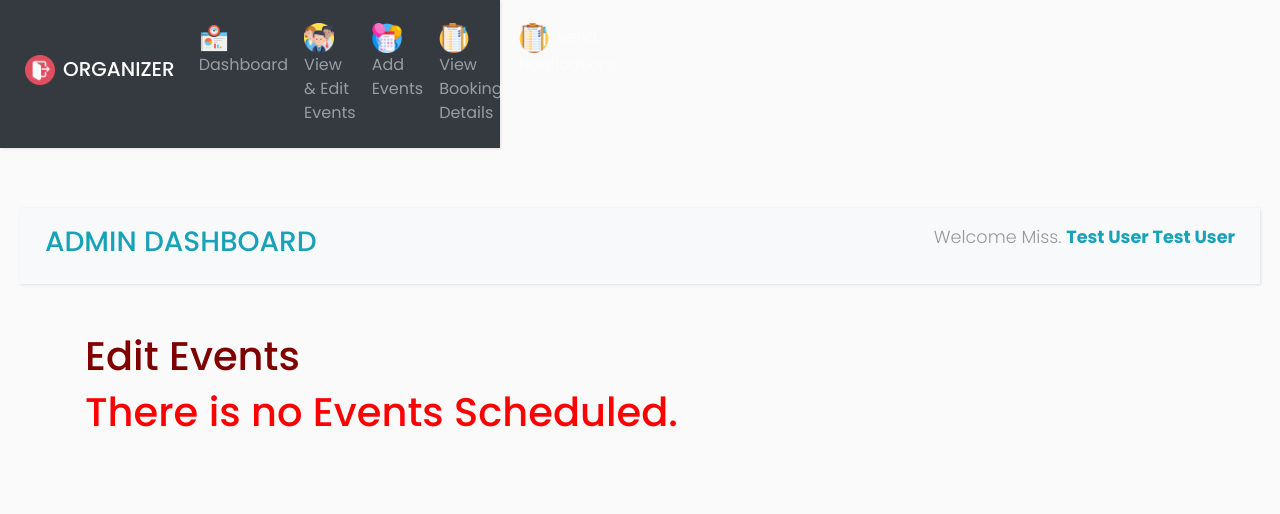
Repository: kalaprabhakar/Event_Management
Page: http://localhost/Event_Management_System/WEB-INF/pages/edit_event.jsp
An editor plug-in stored every save of this project. The page is shown before and after the next save, followed by the edit.
The browser window is 1280 px wide. The pictures show the whole page.
An inner scrolling area shows only its first screen. Some web libraries are served in a nearby version. The page is served by Tomcat 10. The session is filled in as if someone had signed in: {"Admin_firstname": "Test User", "Admin_lastname": "Test User", "Admin_email": "test@example.com", "Admin_phone": 1, "Admin_address": 1, "Admin_gender": 1, "Admin_id": 1, "Admin_role": "admin", "User_firstname": "Test User", "User_lastname": "Test User", "User_email": "test@example.com", "User_phone": 1, "User_address": 1, "User_gender": 1, "User_id": 1, "User_role": "admin"}. Other server files are loaded and not shown. The template is opened directly, without the code that normally fills it, so the values that code supplies are empty.

Above is the page before, as saved 2024-05-10 11:34:47.

### Hyscaler/Event_Management_System/src/main/webapp/WEB-INF/pages/edit_event.jsp
<%@ taglib uri="http://java.sun.com/jsp/jstl/core" prefix="c"%>
<%
if (session.getAttribute("Admin_email") == null) {
	response.sendRedirect("/login");
} else {
%>
<jsp:include page="includes/header.jsp" />

<jsp:include page="includes/organizerNav.jsp" />

<style>
.card:hover {
	transform: scale(1.05);
	box-shadow: 0 10px 20px rgba(0, 0, 0, .12), 0 4px 8px rgba(0, 0, 0, .06);
	transition: 0.3s ease-in-out;
	cursor: pointer;
}
</style>



<!-- Page Content  -->
<div id="content">

	<nav class="navbar navbar-expand-lg navbar-light bg-light">
		<div class="container-fluid">

			<div>
				<h3 class="text-info">ADMIN DASHBOARD</h3>
			</div>
			<div>
				<p>
					Welcome
					<%
				if (session.getAttribute("Admin_gender").equals("male")) {
				%>
					Mr.
					<%
				} else {
				%>
					Miss.
					<%
				}
				%>
					<span class="font-weight-bold text-info">${Admin_firstname}
						${Admin_lastname}</span>
				</p>
			</div>
		</div>
	</nav>

	<section class="container ">
		<div class="container">
			<div class="row align-items-center my-5">
			<h1 style="text-align: center;  ; color: maroon;">Edit Events</h1>
				<!-- For Demo Purpose -->
				<div class="col-md-12 col-lg-6 col-sm-12 mb-5">
					<!-- <img src="assets/picture/icons/thumbs-up.png" alt="" class="img-fluid mb-3 d-none d-md-block"> -->


					<c:if test="${not empty Msg }">
						<div
							style="height: 100px; width: 200px; display: flex; align-items: center;">
							<h3 style="color: green; text-align: center;">${Msg }</h3>
						</div>
						<c:remove var="Msg" scope="session" />

					</c:if>
				</div>



				<c:choose>

					<c:when test="${!empty eventDtls }">
						<table class="table table-striped">
							<thead>
								<tr>
									<th scope="col">Name</th>
									<th scope="col">Description</th>
									<th scope="col">Date</th>
									<th scope="col">Time</th>
									<th scope="col">Location</th>
									<th scope="col">Price</th>
									<th scope="col">Edit</th>
									<th scope="col">Delete</th>
								</tr>
							</thead>
							<c:forEach var="eve" items="${eventDtls }">
								<tbody>
									<tr>

										<td>${eve.eventName }</td>
										<td>${eve.eventDesc }</td>
										<td>${eve.eventDate }</td>
										<td>${eve.eventTime }</td>
										<td>${eve.eventVenue }</td>
										<td>${eve.ticketPrice }</td>
										<td><a href="edit?id=${eve.id }"><button class="btn btn-primary"><i class="fa-solid fa-user-pen"></i></button></a></td>
										<td><a
											onclick="return confirm('You Want To Delete Event !')"
											href="delete?id=${eve.id }"><button class="btn btn-danger"><i class="fa-solid fa-trash"></i></button></a></td>
									</tr>
								</tbody>

							</c:forEach>

						</table>

					</c:when>


					<c:otherwise>

						<h1 style="color: red; text-align: center">There is no Events
							Scheduled.</h1>

					</c:otherwise>



				</c:choose>

				<!-- Table Content -->





			</div>
		</div>



	</section>





	<%
	}
	%>

### Hyscaler/Event_Management_System/src/main/webapp/WEB-INF/pages/includes/header.jsp

<%@ page language="java" contentType="text/html; charset=ISO-8859-1"
	pageEncoding="ISO-8859-1"%>
<%@ taglib prefix="c" uri="http://java.sun.com/jsp/jstl/core"%>
<!DOCTYPE html>
<html>
<head>
<meta charset="ISO-8859-1">
<title>Event Management System</title>
<!--  Bootstrap CSS -->
<link rel="stylesheet"
	href="https://cdn.jsdelivr.net/npm/bootstrap@4.6.1/dist/css/bootstrap.min.css"
	integrity="sha384-zCbKRCUGaJDkqS1kPbPd7TveP5iyJE0EjAuZQTgFLD2ylzuqKfdKlfG/eSrtxUkn"
	crossorigin="anonymous">

<!-- FontAwesome -->
<link rel="stylesheet"
	href="https://pro.fontawesome.com/releases/v5.10.0/css/all.css" />
<link rel="stylesheet"
	href="https://cdnjs.cloudflare.com/ajax/libs/font-awesome/6.5.2/css/all.min.css"
	integrity="sha512-SnH5WK+bZxgPHs44uWIX+LLJAJ9/2PkPKZ5QiAj6Ta86w+fsb2TkcmfRyVX3pBnMFcV7oQPJkl9QevSCWr3W6A=="
	crossorigin="anonymous" referrerpolicy="no-referrer" />

<!-- Google Fonts -->
<link rel="preconnect" href="https://fonts.googleapis.com">
<link rel="preconnect" href="https://fonts.gstatic.com" crossorigin>
<link
	href="https://fonts.googleapis.com/css2?family=Poppins&display=swap"
	rel="stylesheet">

<!-- stylesheet -->




<script
	src="https://cdn.jsdelivr.net/npm/jquery@3.5.1/dist/jquery.slim.min.js"
	integrity="sha384-DfXdz2htPH0lsSSs5nCTpuj/zy4C+OGpamoFVy38MVBnE+IbbVYUew+OrCXaRkfj"
	crossorigin="anonymous"></script>
<script
	src="https://cdn.jsdelivr.net/npm/bootstrap@4.6.1/dist/js/bootstrap.bundle.min.js"
	integrity="sha384-fQybjgWLrvvRgtW6bFlB7jaZrFsaBXjsOMm/tB9LTS58ONXgqbR9W8oWht/amnpF"
	crossorigin="anonymous"></script>

<link rel="stylesheet" href="../../assets/css/home.css" />
<link rel="stylesheet" href="../../assets/css/admin.css" />
<link rel="stylesheet" href="../../assets/css/card.css" />

</head>
<body>

### Hyscaler/Event_Management_System/src/main/webapp/WEB-INF/pages/includes/organizerNav.jsp
        <nav id="sidebar" class="navbar navbar-expand-lg navbar-dark bg-dark">
  <div  class="container-fluid">
   <h3><a class="navbar-brand" href="#"><img src="images/logout.png" class="mr-2" width="30" height="30">ORGANIZER</a></h3>
    <button class="navbar-toggler" type="button" data-bs-toggle="collapse" data-bs-target="#navbarNavAltMarkup" aria-controls="navbarNavAltMarkup" aria-expanded="false" aria-label="Toggle navigation">
      <span class="navbar-toggler-icon"></span>
    </button>
    <div class="collapse navbar-collapse" id="navbarTogglerDemo02">
      <div class="navbar-nav">
        <a class="nav-link " aria-current="page" href="organizer_home"><img src="images/dashboard.png" class="mr-2" width="30" height="30" >Dashboard</a>
        <a class="nav-link" href="editevent"><img src="images/userlist.png" class="mr-2" width="30" height="30">View & Edit Events</a>
        <a class="nav-link" href="addevent"><img src="images/event.png" class="mr-2" width="30" height="30" >Add Events</a>
        <a class="nav-link" href="#"><img src="images/bookingdetails.png" class="mr-2" width="30" height="30" >View Booking Details</a>
        <a class="nav-link" href="#"><img src="images/bookingdetails.png" class="mr-2" width="30" height="30" >Send Notifications</a>


      </div>
    </div>
  </div>
</nav>

### Hyscaler/Event_Management_System/src/main/webapp/all_css/home.css
html,body{
    width:100%;
    height:100%;
    padding:0%;
    margin:0%;
    scroll-behavior: smooth;
    font-family: 'Poppins', sans-serif;
    overflow-x:hidden;
}



/* ===== FOOTER =====*/
.footer{
background-color: #0E2431;
color: #fff;
text-align: center;
font-weight: 600;
padding: 2rem 0;
margin-right:-25px;
}
.footer_title{
font-size: 2rem;
margin-bottom: 2rem;
}
.footer_social{
margin-bottom: 2rem;
}
.footer_icon{
font-size: 1.5rem;
color: #fff;
margin: 0 1rem;
}
.footer_icon:hover{
  color:#048dfe;
}

### Hyscaler/Event_Management_System/src/main/webapp/all_css/admin.css
/*
    DEMO STYLE
*/

@import "https://fonts.googleapis.com/css?family=Poppins:300,400,500,600,700";
body {
    font-family: 'Poppins', sans-serif;
    background: #fafafa;
}

p {
    font-family: 'Poppins', sans-serif;
    font-size: 1.1em;
    font-weight: 300;
    line-height: 1.7em;
    color: #999;
}

a,
a:hover,
a:focus {
    color: inherit;
    text-decoration: none;
    transition: all 0.3s;
}

.navbar {
    padding: 15px 10px;
    background: #fff;
    border: none;
    border-radius: 0;
    margin-bottom: 40px;
    box-shadow: 1px 1px 3px rgba(0, 0, 0, 0.1);
}

.navbar-btn {
    box-shadow: none;
    outline: none !important;
    border: none;
}

.line {
    width: 100%;
    height: 1px;
    border-bottom: 1px dashed #ddd;
    margin: 40px 0;
}

/* ---------------------------------------------------
    SIDEBAR STYLE
----------------------------------------------------- */

.wrapper {
    display: flex;
    width: 100%;
    align-items: stretch;
}

#sidebar {
    min-width: 500px;
    max-width: 500px;
    /*background: #7386D5;*/
    color: #fff;
    transition: all 0.3s;
}

#sidebar.active {
    margin-left: -250px;
}

#sidebar .sidebar-header {
    padding: 20px;
    background: #5bc0de;
}

#sidebar ul.components {
    padding: 20px 0;
    border-bottom: 1px solid #5bc0de;
}

#sidebar ul p {
    color: #fff;
    padding: 10px;
}

#sidebar ul li a {
    padding: 10px;
    font-size: 1.1em;
    display: block;
}

#sidebar ul li a:hover {
    color: #5bc0de;
    background: #fff;
}

#sidebar ul li.active>a,
a[aria-expanded="true"] {
    color: #fff;
    background: #5bc0de;
}

a[data-toggle="collapse"] {
    position: relative;
}

.dropdown-toggle::after {
    display: block;
    position: absolute;
    top: 50%;
    right: 20px;
    transform: translateY(-50%);
}

ul ul a {
    font-size: 0.9em !important;
    padding-left: 30px !important;
    background: #5bc0de;
}

ul.CTAs {
    padding: 20px;
}

ul.CTAs a {
    text-align: center;
    font-size: 0.9em !important;
    display: block;
    border-radius: 5px;
    margin-bottom: 5px;
}

a.download {
    background: #fff;
    color: #5bc0de;
}

a.article,
a.article:hover {
    background: #5bc0de !important;
    color: #fff !important;
}

/* ---------------------------------------------------
    CONTENT STYLE
----------------------------------------------------- */

#content {
    width: 100%;
    padding: 20px;
    min-height: 100vh;
    transition: all 0.3s;
}

/* ---------------------------------------------------
    MEDIAQUERIES
----------------------------------------------------- */

@media (max-width: 768px) {
    #sidebar {
        margin-left: -250px;
    }
    #sidebar.active {
        margin-left: 0;
    }
    #sidebarCollapse span {
        display: none;
    }
}

### Hyscaler/Event_Management_System/src/main/webapp/all_css/card.css

.card-margin {
    margin-bottom: 1.875rem;
}

.card {
    border: 0;
    box-shadow: 0px 0px 10px 0px rgba(82, 63, 105, 0.1);
    -webkit-box-shadow: 0px 0px 10px 0px rgba(82, 63, 105, 0.1);
    -moz-box-shadow: 0px 0px 10px 0px rgba(82, 63, 105, 0.1);
    -ms-box-shadow: 0px 0px 10px 0px rgba(82, 63, 105, 0.1);
}
.card {
    position: relative;
    display: flex;
    flex-direction: column;
    min-width: 0;
    word-wrap: break-word;
    background-color: #ffffff;
    background-clip: border-box;
    border: 1px solid #e6e4e9;
    border-radius: 1rem;
}


.card .card-header.no-border {
    border: 0;
}
.card .card-header {
    background: none;
    padding: 0 0.9375rem;
    font-weight: 500;
    display: flex;
    align-items: center;
    min-height: 50px;
}
.card-header:first-child {
    border-radius: calc(8px - 1px) calc(8px - 1px) 0 0;
}

.widget-49 .widget-49-title-wrapper {
  display: flex;
  align-items: center;
}

.widget-49 .widget-49-title-wrapper .widget-49-date-primary {
  display: flex;
  align-items: center;
  justify-content: center;
  flex-direction: column;
  background-color: #edf1fc;
  width: 4rem;
  height: 4rem;
  border-radius: 50%;
}

.widget-49 .widget-49-title-wrapper .widget-49-date-primary .widget-49-date-day {
  color: #4e73e5;
  font-weight: 500;
  font-size: 1.5rem;
  line-height: 1;
}

.widget-49 .widget-49-title-wrapper .widget-49-date-primary .widget-49-date-month {
  color: #4e73e5;
  line-height: 1;
  font-size: 1rem;
  text-transform: uppercase;
}

.widget-49 .widget-49-title-wrapper .widget-49-date-secondary {
  display: flex;
  align-items: center;
  justify-content: center;
  flex-direction: column;
  background-color: #fcfcfd;
  width: 4rem;
  height: 4rem;
  border-radius: 50%;
}

.widget-49 .widget-49-title-wrapper .widget-49-date-secondary .widget-49-date-day {
  color: #dde1e9;
  font-weight: 500;
  font-size: 1.5rem;
  line-height: 1;
}

.widget-49 .widget-49-title-wrapper .widget-49-date-secondary .widget-49-date-month {
  color: #dde1e9;
  line-height: 1;
  font-size: 1rem;
  text-transform: uppercase;
}

.widget-49 .widget-49-title-wrapper .widget-49-date-success {
  display: flex;
  align-items: center;
  justify-content: center;
  flex-direction: column;
  background-color: #e8faf8;
  width: 4rem;
  height: 4rem;
  border-radius: 50%;
}

.widget-49 .widget-49-title-wrapper .widget-49-date-success .widget-49-date-day {
  color: #17d1bd;
  font-weight: 500;
  font-size: 1.5rem;
  line-height: 1;
}

.widget-49 .widget-49-title-wrapper .widget-49-date-success .widget-49-date-month {
  color: #17d1bd;
  line-height: 1;
  font-size: 1rem;
  text-transform: uppercase;
}

.widget-49 .widget-49-title-wrapper .widget-49-date-info {
  display: flex;
  align-items: center;
  justify-content: center;
  flex-direction: column;
  background-color: #ebf7ff;
  width: 4rem;
  height: 4rem;
  border-radius: 50%;
}

.widget-49 .widget-49-title-wrapper .widget-49-date-info .widget-49-date-day {
  color: #36afff;
  font-weight: 500;
  font-size: 1.5rem;
  line-height: 1;
}

.widget-49 .widget-49-title-wrapper .widget-49-date-info .widget-49-date-month {
  color: #36afff;
  line-height: 1;
  font-size: 1rem;
  text-transform: uppercase;
}

.widget-49 .widget-49-title-wrapper .widget-49-date-warning {
  display: flex;
  align-items: center;
  justify-content: center;
  flex-direction: column;
  background-color: floralwhite;
  width: 4rem;
  height: 4rem;
  border-radius: 50%;
}

.widget-49 .widget-49-title-wrapper .widget-49-date-warning .widget-49-date-day {
  color: #FFC868;
  font-weight: 500;
  font-size: 1.5rem;
  line-height: 1;
}

.widget-49 .widget-49-title-wrapper .widget-49-date-warning .widget-49-date-month {
  color: #FFC868;
  line-height: 1;
  font-size: 1rem;
  text-transform: uppercase;
}

.widget-49 .widget-49-title-wrapper .widget-49-date-danger {
  display: flex;
  align-items: center;
  justify-content: center;
  flex-direction: column;
  background-color: #feeeef;
  width: 4rem;
  height: 4rem;
  border-radius: 50%;
}

.widget-49 .widget-49-title-wrapper .widget-49-date-danger .widget-49-date-day {
  color: #F95062;
  font-weight: 500;
  font-size: 1.5rem;
  line-height: 1;
}

.widget-49 .widget-49-title-wrapper .widget-49-date-danger .widget-49-date-month {
  color: #F95062;
  line-height: 1;
  font-size: 1rem;
  text-transform: uppercase;
}

.widget-49 .widget-49-title-wrapper .widget-49-date-light {
  display: flex;
  align-items: center;
  justify-content: center;
  flex-direction: column;
  background-color: #fefeff;
  width: 4rem;
  height: 4rem;
  border-radius: 50%;
}

.widget-49 .widget-49-title-wrapper .widget-49-date-light .widget-49-date-day {
  color: #f7f9fa;
  font-weight: 500;
  font-size: 1.5rem;
  line-height: 1;
}

.widget-49 .widget-49-title-wrapper .widget-49-date-light .widget-49-date-month {
  color: #f7f9fa;
  line-height: 1;
  font-size: 1rem;
  text-transform: uppercase;
}

.widget-49 .widget-49-title-wrapper .widget-49-date-dark {
  display: flex;
  align-items: center;
  justify-content: center;
  flex-direction: column;
  background-color: #ebedee;
  width: 4rem;
  height: 4rem;
  border-radius: 50%;
}

.widget-49 .widget-49-title-wrapper .widget-49-date-dark .widget-49-date-day {
  color: #394856;
  font-weight: 500;
  font-size: 1.5rem;
  line-height: 1;
}

.widget-49 .widget-49-title-wrapper .widget-49-date-dark .widget-49-date-month {
  color: #394856;
  line-height: 1;
  font-size: 1rem;
  text-transform: uppercase;
}

.widget-49 .widget-49-title-wrapper .widget-49-date-base {
  display: flex;
  align-items: center;
  justify-content: center;
  flex-direction: column;
  background-color: #f0fafb;
  width: 4rem;
  height: 4rem;
  border-radius: 50%;
}

.widget-49 .widget-49-title-wrapper .widget-49-date-base .widget-49-date-day {
  color: #68CBD7;
  font-weight: 500;
  font-size: 1.5rem;
  line-height: 1;
}

.widget-49 .widget-49-title-wrapper .widget-49-date-base .widget-49-date-month {
  color: #68CBD7;
  line-height: 1;
  font-size: 1rem;
  text-transform: uppercase;
}

.widget-49 .widget-49-title-wrapper .widget-49-meeting-info {
  display: flex;
  flex-direction: column;
  margin-left: 1rem;
}

.widget-49 .widget-49-title-wrapper .widget-49-meeting-info .widget-49-pro-title {
  color: #3c4142;
  font-size: 14px;
}

.widget-49 .widget-49-title-wrapper .widget-49-meeting-info .widget-49-meeting-time {
  color: #B1BAC5;
  font-size: 13px;
}

.widget-49 .widget-49-meeting-points {
  font-weight: 400;
  font-size: 13px;
  margin-top: .5rem;
}

.widget-49 .widget-49-meeting-points .widget-49-meeting-item {
  display: list-item;
  color: #727686;
}

.widget-49 .widget-49-meeting-points .widget-49-meeting-item span {
  margin-left: .5rem;
}

.widget-49 .widget-49-meeting-action {
  text-align: right;
}

.widget-49 .widget-49-meeting-action a {
  text-transform: uppercase;
}


.time {
	position: relative;
  margin-left: 1em;
}


.time span {
	font-size: 12px;
	color: #bebebe;
	line-height: 25px;
}


 .time a span {
	padding: 5px 10px;
    border-radius: 4px;
    line-height: 10px;
    font-size: 12px;
}

After the next save:
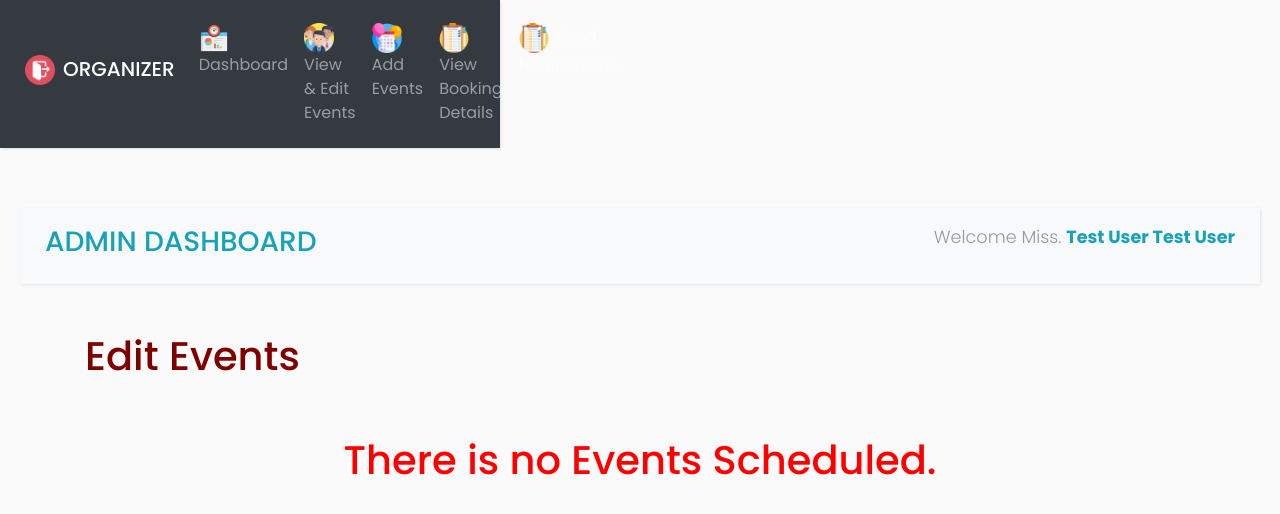
Saved 46 s later.
--- a/Hyscaler/Event_Management_System/src/main/webapp/WEB-INF/pages/edit_event.jsp
+++ b/Hyscaler/Event_Management_System/src/main/webapp/WEB-INF/pages/edit_event.jsp
@@ -52,7 +52,8 @@ if (session.getAttribute("Admin_email") == null) {
 	<section class="container ">
 		<div class="container">
 			<div class="row align-items-center my-5">
-			<h1 style="text-align: center;  ; color: maroon;">Edit Events</h1>
+			<h1 style="text-align: center;  color: maroon;">Edit Events</h1>
+			</div>
 				<!-- For Demo Purpose -->
 				<div class="col-md-12 col-lg-6 col-sm-12 mb-5">
 					<!-- <img src="assets/picture/icons/thumbs-up.png" alt="" class="img-fluid mb-3 d-none d-md-block"> -->
